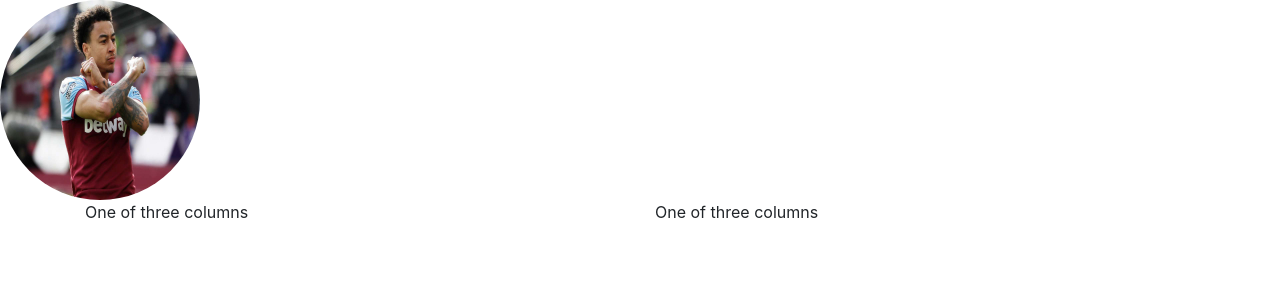
Repository: khoibanh113/mycv
Page: /
An editor plug-in stored every save of this project. The page is shown before and after the next save, followed by the edit.
The browser window is 1280 px wide. The pictures show the whole page.
The project was rebuilt for these pictures with package versions that can differ from the ones it lists, and the page was loaded fresh each time. Also part of the build but not shown: src/css/contact.css.

Above is the page before, as saved 2021-03-30 14:34:03.

### src/App.js
import React,{Component} from 'react'
import Avatar from './component/avatar'
import AvaImg from './image/avatar.jpg'
import Contact from './component/contact'

class App extends Component {
  render(){
    return (
      <div className="App">
        <Avatar img={AvaImg} />
        <Contact
          name='Nguyen Vo Hoang Khoi'
          location='Ho Chi Minh, Viet Nam'
          phone='0123456789'
          email='abc@gmail.com'
          linkedin='abc'
        />
      </div>
    );
  }
}

export default App;

### src/component/avatar.js
import React from 'react'
import '../css/avatar.css'

class avatar extends React.Component {
    constructor(props){
        super(props);
        this.image = props.img;
    }

  render(){
    return (
        <div className="avaContainer">
          <img src={this.image} alt="this is your avatar" />
        </div>
    );
  }
}

export default avatar;

### src/component/contact.js
import react, {Component} from 'react'
import '../../node_modules/font-awesome/css/font-awesome.min.css';
import 'bootstrap/dist/css/bootstrap.min.css';
import '../css/contact.css'

class contact extends Component{
    constructor(props){
        super(props);
        this.location = props.location;
        this.phone = props.phone;
        this.email = props.email;
        this.linkedin = props.linkedin;
    }



    render(){
        return(
            <div className="container-contact">
                <div class="container">
                    <div class="row">
                        <div class="col-sm">
                            One of three columns
                        </div>
                        <div class="col-sm">
                            One of three columns
                        </div>
                    </div>
                </div>
            </div>

        )
    }
}

export default contact;

### src/css/avatar.css

.avaContainer img {
    height: 100%;
    width: 100%;
    border-radius: 100px;
}
.avaContainer{
    height: 200px;
    width: 200px;

}

.nameContainer{
    text-align: center;
}

Loaded but not shown: public/index.html (common file); src/index.js (common file); src/index.css (common file); src/reportWebVitals.js (common file)

After the next save:
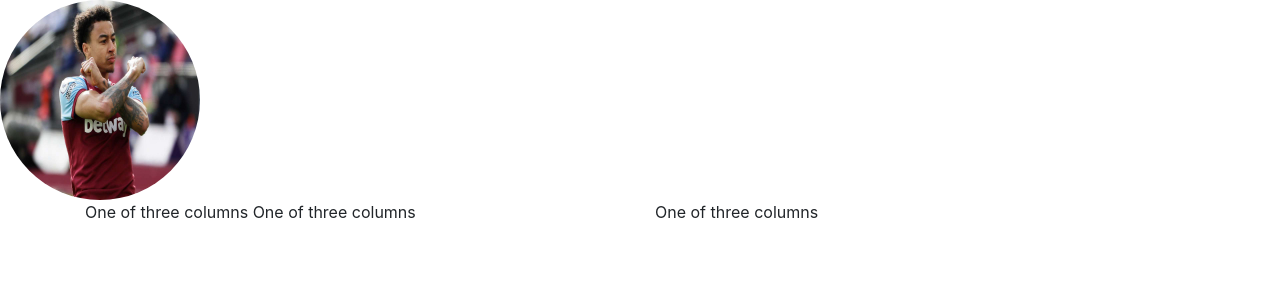
Saved 13 s later.
--- a/src/component/contact.js
+++ b/src/component/contact.js
@@ -21,6 +21,7 @@
                     <div class="row">
                         <div class="col-sm">
                             One of three columns
+                            One of three columns
                         </div>
                         <div class="col-sm">
                             One of three columns
